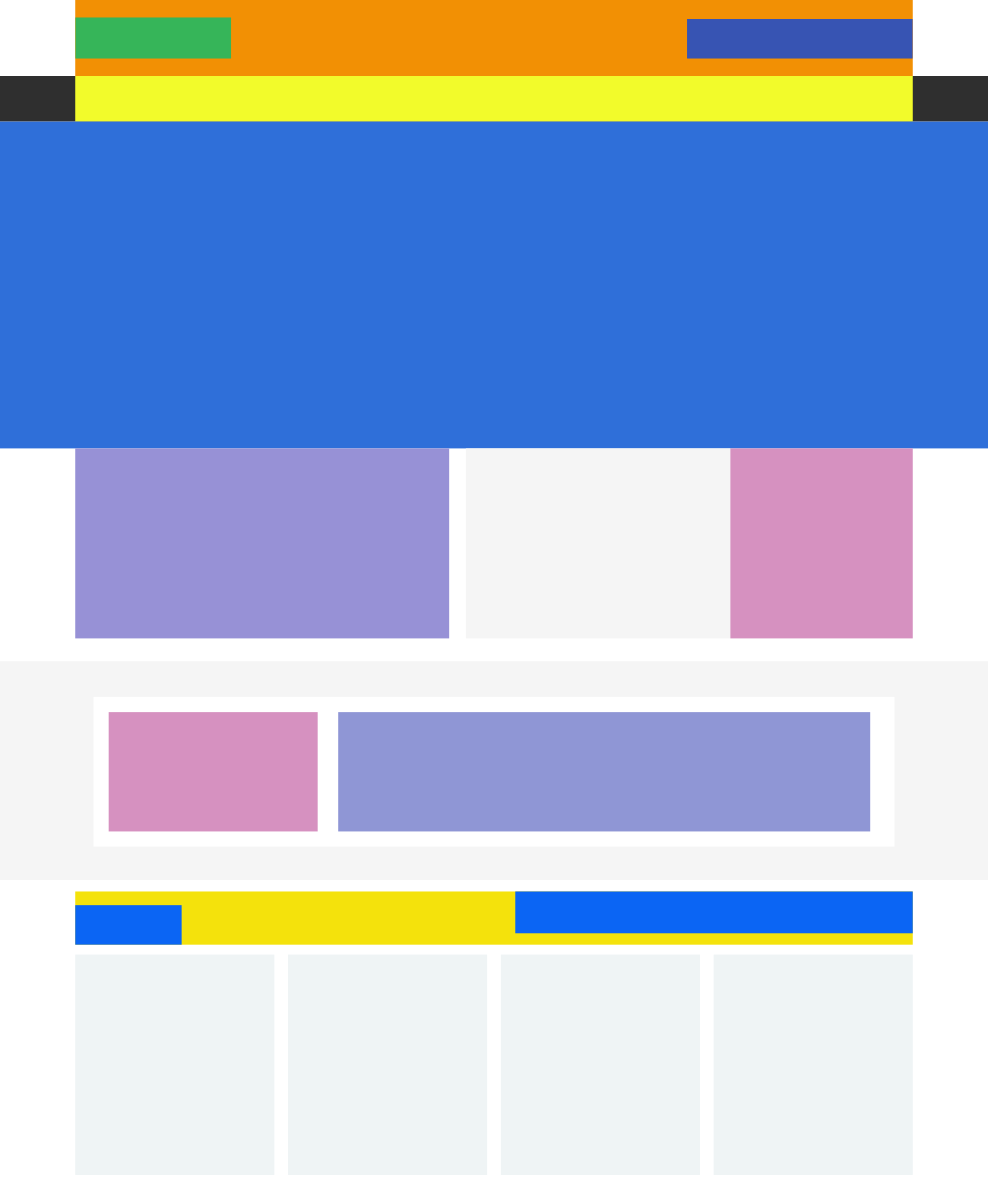
Repository: A1LExX/H5_study_set
Page: day04/扣丁.html
These files come from the project's save history. The page is drawn as it stood at one moment and after the next save; the edit follows.
The browser window is 1280 px wide. The page is 1300 px wide, so the pictures cover 1300 px, including what lies to the right of the window. The pictures show the whole page, at 76% of full size.

Above is the page before, as saved 2021-06-24 22:32:29.

After the next save:
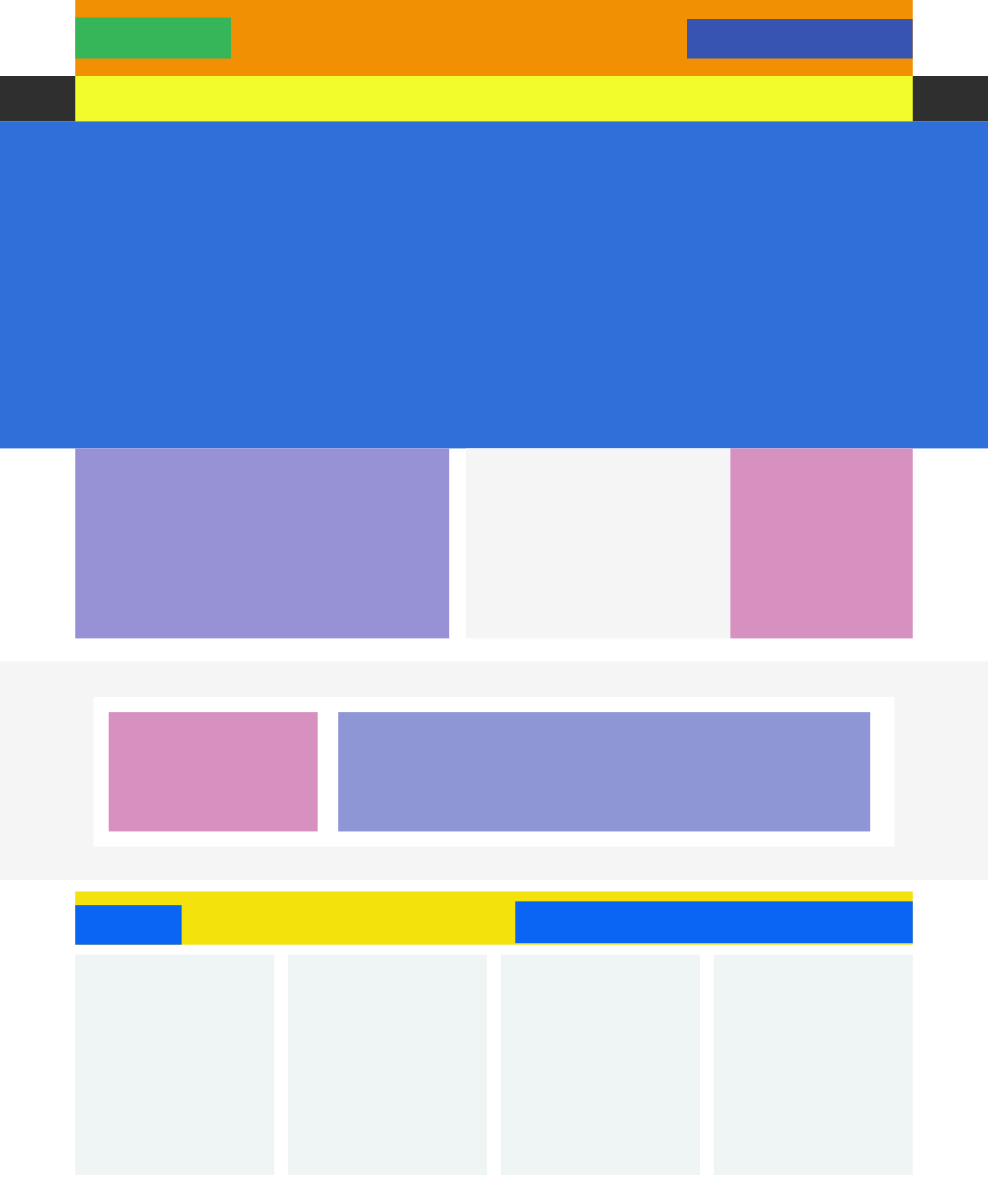
Saved 39 s later.
--- a/day04/css/codingke.css
+++ b/day04/css/codingke.css
@@ -2,7 +2,7 @@
  * @author [Alex Wei]
  * @email [w2262196@outlook.com]
  * @create date 2021-06-24 13:00:50
- * @modify date 2021-06-24 22:32:29
+ * @modify date 2021-06-24 22:33:08
  * @desc [description]
  */
 *{
@@ -146,6 +146,7 @@
     height: 55px;
     float: right;
     background: #0b65f4;
+    margin-top: 13px;
 }
 .out4_2Box1{
     width: 262px;
